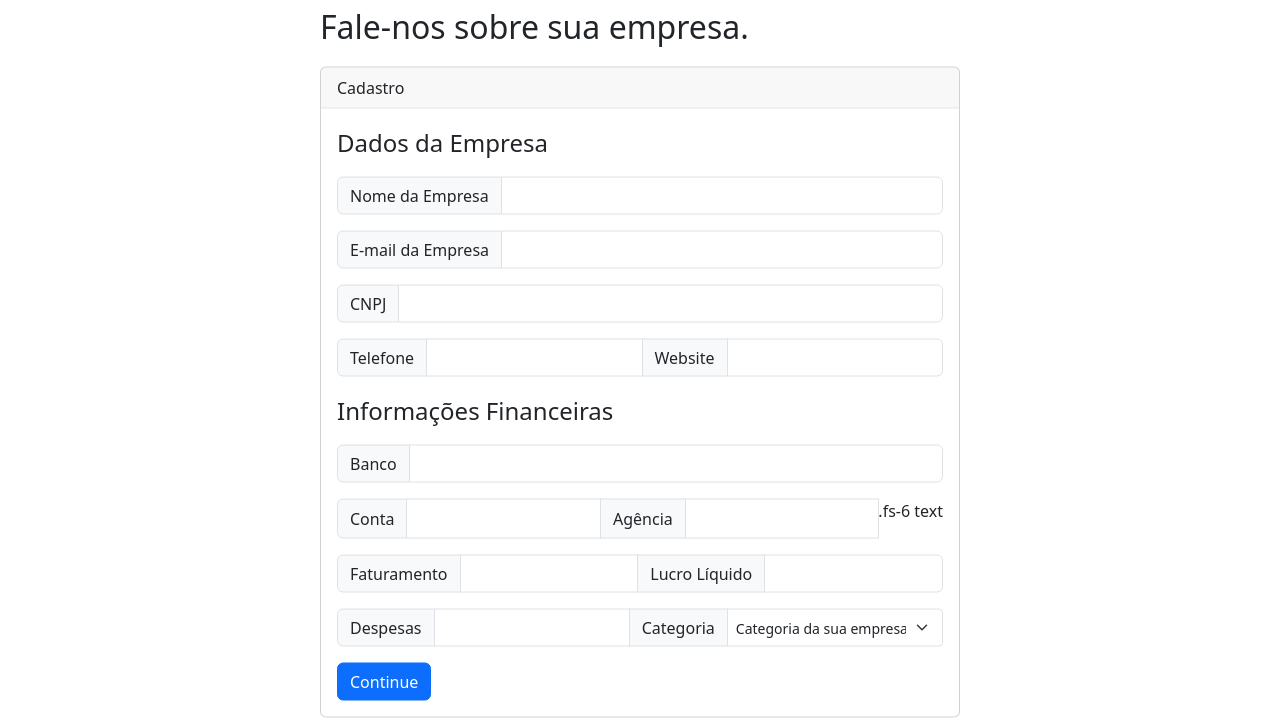
Repository: vandrecx/utilitaries
Page: http://localhost/login_archive/cadastro.php
An editor plug-in stored every save of this project. The page is shown before and after the next save, followed by the edit.
The browser window is 1280 px wide. The pictures show the whole page.
The page is run by PHP 8.4 with error messages shown; the project is at /var/www/html/.

Above is the page before, as saved 2024-05-03 13:26:29.

After the next save:
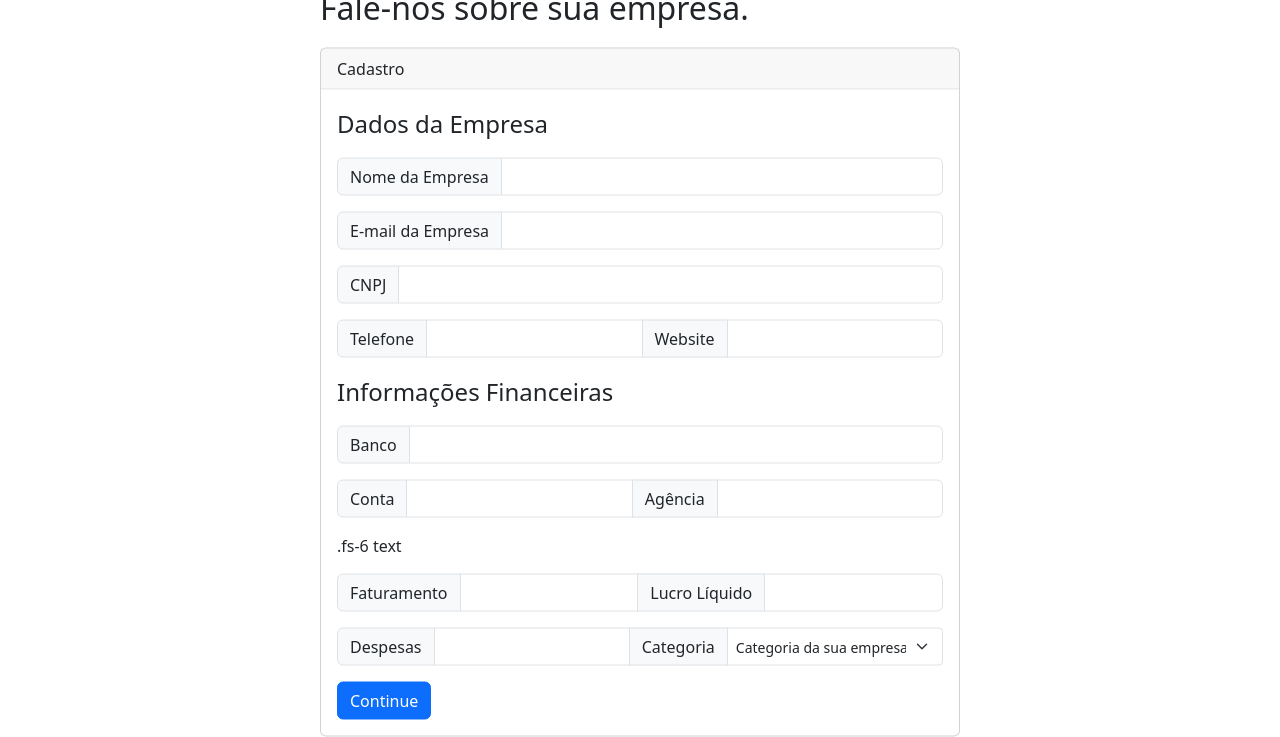
Saved 11 s later.
--- a/login_archive/cadastro.php
+++ b/login_archive/cadastro.php
@@ -51,8 +51,8 @@ include 'funcoes.php';
                         <input type="text" class="form-control" aria-label="Sizing example input" aria-describedby="inputGroup-sizing-default">
                         <span class="input-group-text" id="inputGroup-sizing-default">Agência</span>
                         <input type="text" class="form-control" aria-label="Sizing example input" aria-describedby="inputGroup-sizing-default">
-                        <p class="fs-6">.fs-6 text</p>
                     </div>
+                    <p class="fs-6">.fs-6 text</p>
                     <div class="input-group mb-3">
                         <span class="input-group-text" id="inputGroup-sizing-default">Faturamento</span>
                         <input type="text" class="form-control" aria-label="Sizing example input" aria-describedby="inputGroup-sizing-default">
